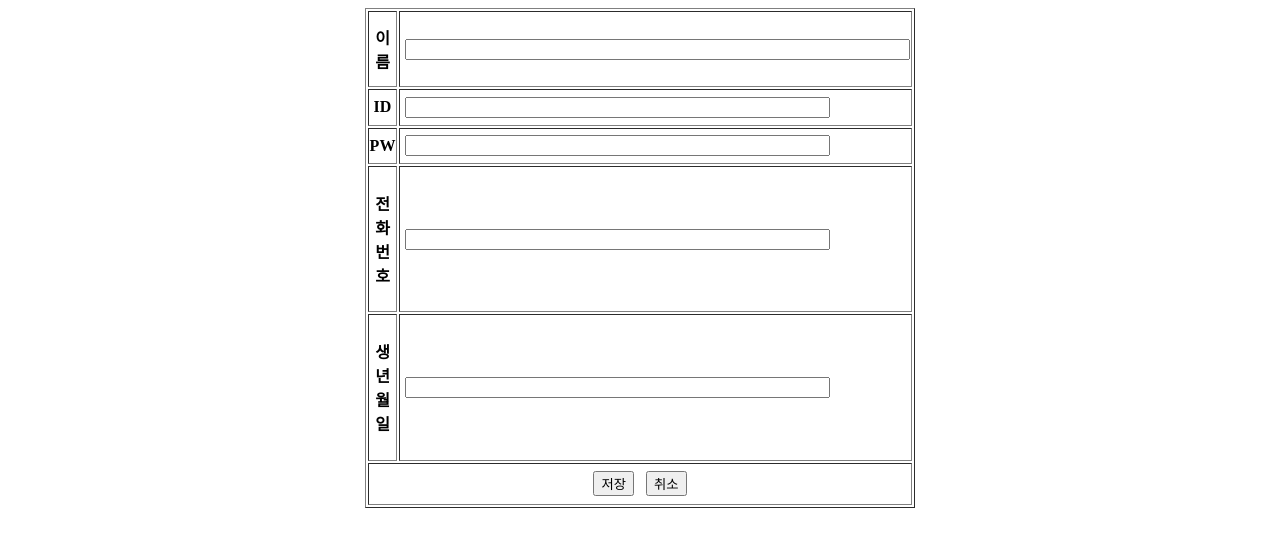
Repository: kwonminsung0/jspStudy
Page: jspStudy/src/main/webapp/join/join.html
The author's editor kept a copy of each file at every save. The page is drawn from the files as they stood at one save, then again after the next save.
The browser window is 1280 px wide. The pictures show the whole page.

Above is the page before, as saved 2024-12-03 08:50:55.

After the next save:
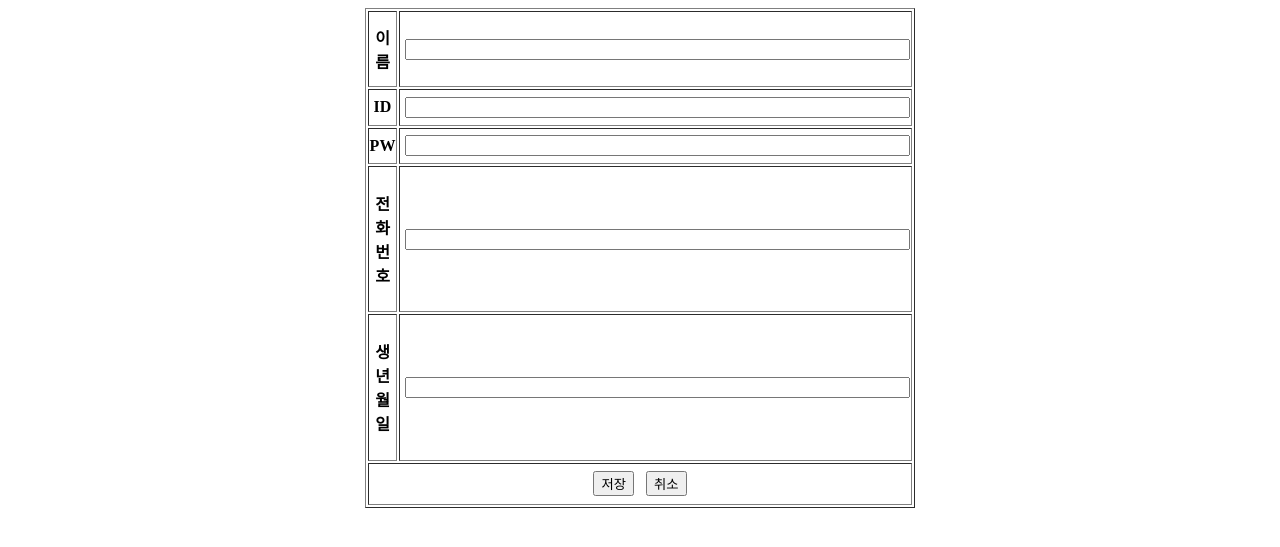
Saved 15 s later.
--- a/jspStudy/src/main/webapp/join/join.html
+++ b/jspStudy/src/main/webapp/join/join.html
@@ -17,25 +17,25 @@
 			<tr>
 				<th width="70">ID</th>
 				<td width="430">&nbsp;<input type="text" name="writer"
-					size="50">
+					size="60">
 				</td>
 			</tr>
 			<tr>
 				<th width="70">PW</th>
 				<td width="430">&nbsp;<input type="text" name="writer"
-					size="50">
+					size="60">
 				</td>
 			</tr>
 			<tr>
 				<th width="70">전화번호</th>
 				<td width="430">&nbsp;<input type="text" name="writer"
-					size="50">
+					size="60">
 				</td>
 			</tr>
 			<tr>
 				<th width="70">생년월일</th>
 				<td width="430">&nbsp;<input type="text" name="writer"
-					size="50">
+					size="60">
 				</td>
 			</tr>
 			<tr>
